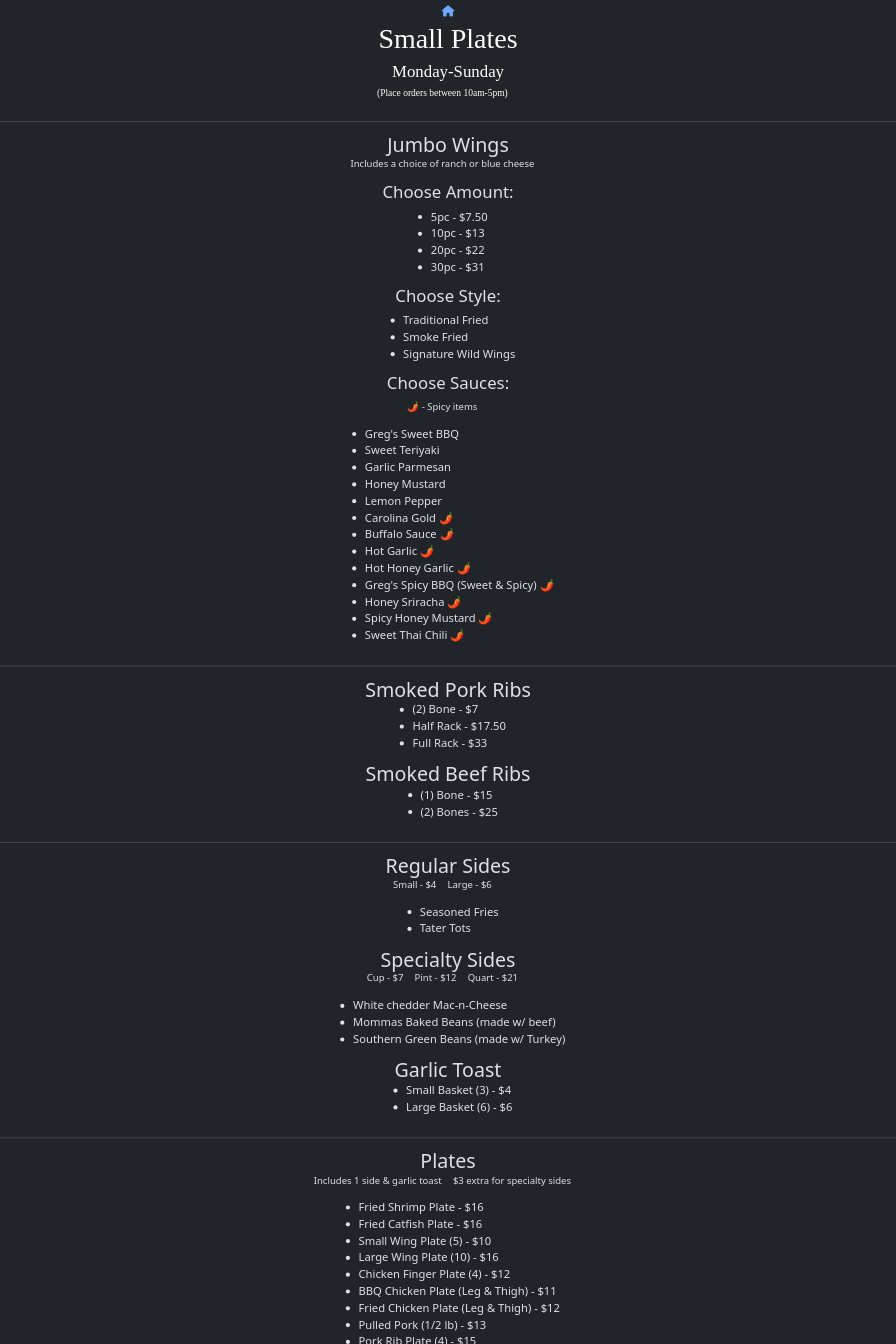
Repository: dukedward/smokehousemenu
Page: plates/index.html
The author's editor kept a copy of each file at every save. The page is drawn from the files as they stood at one save, then again after the next save.
The browser window is 1280 px wide. The pictures show the part of the page from y = 0 to 1920 px (the page is 2568 px tall before and 2572 px after), at 70% of full size.
Some web libraries are served in a nearby version.

Above is the page before, as saved 2023-03-06 12:07:10.

### plates/index.html
<!DOCTYPE html>
<html lang="en" data-bs-theme="dark">
<head>
    <meta charset="UTF-8">
    <meta http-equiv="X-UA-Compatible" content="IE=edge">
    <meta name="viewport" content="width=device-width, initial-scale=1.0">
    <link rel="stylesheet" href="https://cdnjs.cloudflare.com/ajax/libs/font-awesome/6.3.0/css/all.min.css" integrity="sha512-SzlrxWUlpfuzQ+pcUCosxcglQRNAq/DZjVsC0lE40xsADsfeQoEypE+enwcOiGjk/bSuGGKHEyjSoQ1zVisanQ==" crossorigin="anonymous" referrerpolicy="no-referrer" />
    <link href="https://cdn.jsdelivr.net/npm/bootstrap@5.3.0-alpha1/dist/css/bootstrap.min.css" rel="stylesheet" integrity="sha384-GLhlTQ8iRABdZLl6O3oVMWSktQOp6b7In1Zl3/Jr59b6EGGoI1aFkw7cmDA6j6gD" crossorigin="anonymous">
    <link rel="stylesheet" href="../style.css" />
    <link rel="shortcut icon" href="../images/favicon.ico" type="image/x-icon">
    <title>Small Plates</title>
</head>
<body>
    <div class="title">
        <a href="/">
            <i class="fa-solid fa-house mt-2 mb-2"></i>
        </a>
        <h1>Small Plates</h1>
        <h4>Monday-Sunday</h4>
        <p>(Place orders between 10am-5pm)</p>
    </div>
    <hr>
    <div class="sections">
        <div class="sect">
            <h3>Jumbo Wings</h3>
            <div class="desc">
                <p>Includes a choice of ranch or blue cheese</p>
            </div>
            <div class="sub-sect">
                <h4>Choose Amount:</h4>
                <ul>
                    <li>5pc - $7.50</li>
                    <li>10pc - $13</li>
                    <li>20pc - $22</li>
                    <li>30pc - $31</li>
                </ul>
            </div>
            <div class="sub-sect">
                <h4>Choose Style:</h4>
                <ul>
                    <li>Traditional Fried</li>
                    <li>Smoke Fried</li>
                    <li>Signature Wild Wings</li>
                </ul>
            </div>
            <div class="sub-sect">
                <h4>Choose Sauces:</h4>
                <div class="desc">
                    <p>🌶️ - Spicy items</p>
                </div>
                <ul>
                    <li>Greg's Sweet BBQ</li>
                    <li>Sweet Teriyaki</li>
                    <li>Garlic Parmesan</li>
                    <li>Honey Mustard</li>
                    <li>Lemon Pepper</li>
                    <li>Carolina Gold 🌶️</li>
                    <li>Buffalo Sauce 🌶️</li>
                    <li>Hot Garlic 🌶️</li>
                    <li>Hot Honey Garlic 🌶️</li>
                    <li>Greg's Spicy BBQ (Sweet & Spicy) 🌶️</li>
                    <li>Honey Sriracha 🌶️</li>
                    <li>Spicy Honey Mustard 🌶️</li>
                    <li>Sweet Thai Chili 🌶️</li>
                </ul>
            </div>
        </div>
        <hr>
        <div class="sect">
            <h3>Smoked Pork Ribs</h3>
            <ul>
                <li>(2) Bone - $7</li>
                <li>Half Rack - $17.50</li>
                <li>Full Rack - $33</li>
            </ul>
            <h3>Smoked Beef Ribs</h3>
            <ul>
                <li>(1) Bone - $15</li>
                <li>(2) Bones - $25</li>
            </ul>
        </div>
        <hr>
        <div class="sect">
            <h3>Regular Sides</h3>
            <div class="desc">
                <p>Small - $4</p>
                <p>Large - $6</p>
            </div>
            <ul>
                <li>Seasoned Fries</li>
                <li>Tater Tots</li>
            </ul>
            <h3>Specialty Sides</h3>
            <div class="desc">
                <p>Cup - $7</p>
                <p>Pint - $12</p>
                <p>Quart - $21</p>
            </div>
            <ul>
                <li>White chedder Mac-n-Cheese</li>
                <li>Mommas Baked Beans (made w/ beef)</li>
                <li>Southern Green Beans (made w/ Turkey)</li>
            </ul>
            <h3>Garlic Toast</h3>
            <ul>
                <li>Small Basket (3) - $4</li>
                <li>Large Basket (6) - $6</li>
            </ul>
        </div>
        <hr>
        <div class="sect">
            <h3>Plates</h3>
            <div class="desc">
                <p>Includes 1 side & garlic toast</p>
                <p>$3 extra for specialty sides</p>
            </div>
            <ul>
                <li>Fried Shrimp Plate - $16</li>
                <li>Fried Catfish Plate - $16</li>
                <li>Small Wing Plate (5) - $10</li>
                <li>Large Wing Plate (10) - $16</li>
                <li>Chicken Finger Plate (4) - $12</li>
                <li>BBQ Chicken Plate (Leg & Thigh) - $11</li>
                <li>Fried Chicken Plate (Leg & Thigh) - $12</li>
                <li>Pulled Pork (1/2 lb) - $13</li>
                <li>Pork Rib Plate (4) - $15</li>
                <li>Beef Short Rib Plate (1/2 lb) - $20</li>
                <li>Smoked Sausage (1 lb Sliced) - $12</li>
            </ul>
        </div>
        <hr>
        <div class="sect">
            <h3>Sandwiches</h3>
            <div class="desc">
                <p>Includes one side</p>
            </div>
            <ul>
                <li>Chicken Sandwich - $13</li>
                <li>Short Rib Sandwich - $18</li>
                <li>Sausage & Peppers Pork - $15</li>
                <li>Cheese Burger - $11</li>
            </ul>
            <h3>Sliders</h3>
            <div class="desc">
                <p>Includes one side and sauce of choice</p>
            </div>
            <ul>
                <li>Chicken Sliders - $12</li>
                <li>Pulled Pork Sliders - $14</li>
                <li>Beef Short Rib Sliders - $16</li>
                <li>Mix-n-Match Sliders - $15</li>
            </ul>
        </div>
        <hr>
        <div class="sect">
            <h3>Add Ons</h3>
            <ul>
                <li>Side Shrimp (1/4 lb) - $7</li>
                <li>Catfish (1) - $7</li>
                <li>Chicken Finger (1) - $3</li>
                <li>Pork Sausage (1) - $7</li>
            </ul>
        </div>
    </div>
    <script src="https://cdn.jsdelivr.net/npm/bootstrap@5.3.0-alpha1/dist/js/bootstrap.bundle.min.js" integrity="sha384-w76AqPfDkMBDXo30jS1Sgez6pr3x5MlQ1ZAGC+nuZB+EYdgRZgiwxhTBTkF7CXvN" crossorigin="anonymous"></script>
    <script src="../script.js"></script>
</body>
</html>

### style.css
.container {
    height: 100vh;
}

.title {
	display: flex;
	flex-direction: column;
	justify-content: center;
	align-items: center;
}

.sections {
	display: grid;
}

.sect, .sub-sect {
	display: flex;
	flex-direction: column;
	justify-content: left;
	align-items: center;
}

.sect h2,h3 {
    margin-bottom: 0;
}

.desc {
    display: flex;
    flex-direction: row;
    justify-content: space-between;
}

.desc p,.title p {
    padding-right: 1rem;
    font-size: .85rem;
}

### script.js
// Collecting DOM Elements
const title = document.querySelector('.title');
const sections = document.querySelector('.sections');
// const x = document.querySelector('');
// const x = document.querySelector('');
// const x = document.querySelector('');
// const x = document.querySelector('');
// const x = document.querySelector('');
// const x = document.querySelector('');

// API Data
const categories = [
    {
        name: 'Jumbo Wings',
        description: [
            {
                text: 'Includes a choice of ranch or blue cheese',
            },
        ],
    },
];
const products = [
    {
        name: 'Greg\'s Spicy BBQ (Sweet & Spicy) 🌶️',
        image: '',
        price: 0,
        category: '640533ab345c72c36a197c35'
    },
];
const subCategories = [
    {
        name: 'Choose Sauces',
        description: [
            {
                text: '🌶️ - Spicy Items',
            },
        ],
        category: {
            _id: '640533ab345c72c36a197c35',
        },
    },
];

document.body.onload = addElement;

function addElement() {
    // create a new div element
    const newDiv = document.createElement("div");
    newDiv.className = 'sect'

    // and give it some content
    const lineBreak = document.createElement("hr")

    const newTitle = document.createElement("h3");
    newTitle.innerHTML = categories[0].name

    const newDesc = document.createElement("div");
    newDesc.className = 'desc'
    const newText = document.createElement('p')
    newText.innerHTML = categories[0].description[0].text
    newDesc.appendChild(newText)

    // add the text node to the newly created div
    newDiv.appendChild(lineBreak)
    newDiv.appendChild(newTitle);
    newDiv.appendChild(newDesc);

    // add the newly created element and its content into the DOM
    const currentDiv = document.querySelector(".sections");
    document.body.insertAdjacentElement("beforebegin" ,title)
}

After the next save:
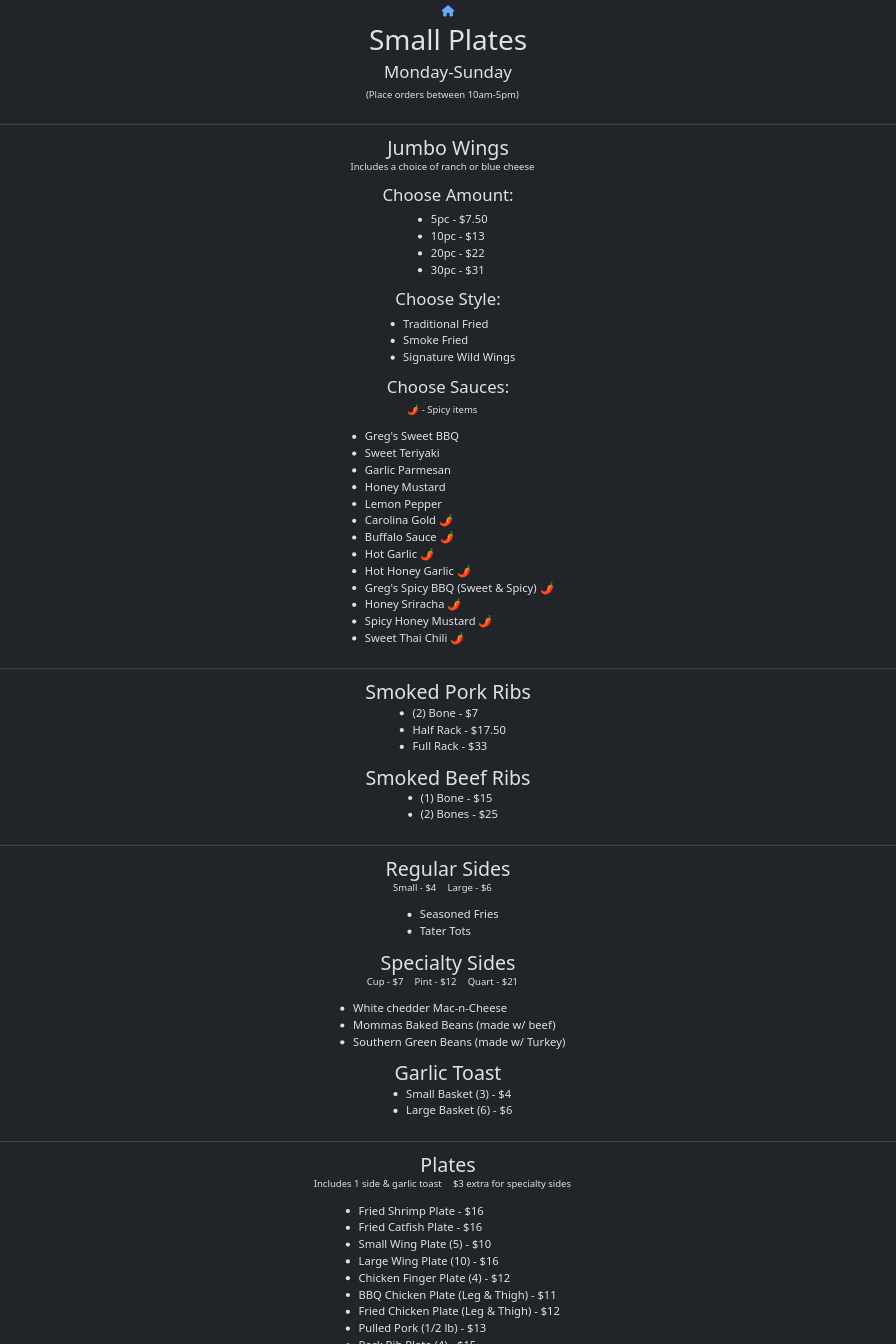
Saved 24 s later.
--- a/script.js
+++ b/script.js
@@ -67,5 +67,5 @@ function addElement() {
 
     // add the newly created element and its content into the DOM
     const currentDiv = document.querySelector(".sections");
-    document.body.insertAdjacentElement("beforebegin" ,title)
+    document.body.insertAdjacentElement("afterbegin" ,title)
 }
